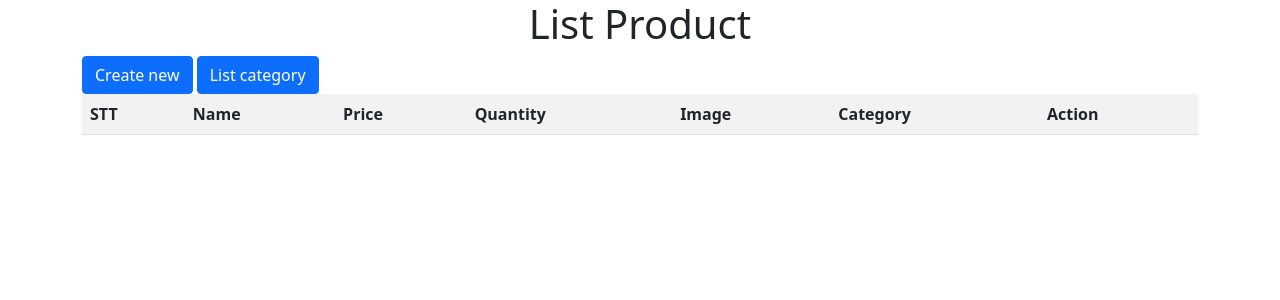
Repository: hongquan16101995/servlet-jw0124
Page: http://localhost/demo/products
The author's editor kept a copy of each file at every save. The page is drawn from the files as they stood at one save, then again after the next save.
The browser window is 1280 px wide. The pictures show the whole page.
The page is served by Tomcat 9. Other server files are loaded and not shown.

Above is the page before, as saved 2024-05-14 12:11:23.

### demo/src/main/webapp/product/list.jsp
<%@ page language="java" contentType="text/html; charset=ISO-8859-1"
    pageEncoding="ISO-8859-1"%>
<%@ taglib prefix = "c" uri = "http://java.sun.com/jsp/jstl/core" %>
<!DOCTYPE html>
<html>
<head>
<meta charset="ISO-8859-1">
<title>Insert title here</title>
<link href="https://cdn.jsdelivr.net/npm/bootstrap@5.0.2/dist/css/bootstrap.min.css" rel="stylesheet" integrity="sha384-EVSTQN3/azprG1Anm3QDgpJLIm9Nao0Yz1ztcQTwFspd3yD65VohhpuuCOmLASjC" crossorigin="anonymous">
<script src="https://cdn.jsdelivr.net/npm/bootstrap@5.0.2/dist/js/bootstrap.bundle.min.js" integrity="sha384-MrcW6ZMFYlzcLA8Nl+NtUVF0sA7MsXsP1UyJoMp4YLEuNSfAP+JcXn/tWtIaxVXM" crossorigin="anonymous"></script>
<style type="text/css">
	img {
		width: 150px;
		height: 150px;
	}

	h1 {
		text-align: center;
	}
</style>
</head>
<body>
<div class="container">
<h1>List Product</h1>
<a class="btn btn-primary" href="/demo/products?action=createGet">Create new</a>
<a class="btn btn-primary" href="/demo/categories">List category</a>
<table class="table table-striped">
	<tr>
		<th>STT</th>
		<th>Name</th>
		<th>Price</th>
		<th>Quantity</th>
		<th>Image</th>
		<th>Category</th>
		<th colspan="2">Action</th>
	</tr>
	<c:forEach items="${products}" var="p" varStatus="ps">
	<tr>
		<td>${ps.count }</td>
		<td>${p.name }</td>
		<td>${p.price }</td>
		<td>${p.quantity }</td>
		<td><img src="${p.image }"/></td>
		<td><a href="/demo/products?action=findByCategory&cId=${p.category.id }">${p.category.name }</a></td>
		<td><a class="btn btn-warning" href="/demo/products?action=updateGet&id=${p.id }">Edit</a></td>
		<td><a class="btn btn-danger" href="/demo/products?action=deleteProduct&id=${p.id }">Delete</a></td>
	</tr>
	</c:forEach>
</table>
</div>
</body>
</html>

### demo/src/main/java/controller/ProductServlet.java
package controller;

import java.io.IOException;
import java.util.List;

import javax.servlet.ServletException;
import javax.servlet.annotation.WebServlet;
import javax.servlet.http.HttpServlet;
import javax.servlet.http.HttpServletRequest;
import javax.servlet.http.HttpServletResponse;

import model.Category;
import model.Product;
import service.CategoryService;
import service.ProductService;

/**
 * Servlet implementation class ProductServlet
 */
@WebServlet("/products")
public class ProductServlet extends HttpServlet {
	private static final long serialVersionUID = 1L;
	private ProductService productService = new ProductService();
	private CategoryService categoryService = CategoryService.getInstance();

	/**
	 * @see HttpServlet#doGet(HttpServletRequest request, HttpServletResponse response)
	 */
	protected void doGet(HttpServletRequest request, HttpServletResponse response) throws ServletException, IOException {
		// TODO Auto-generated method stub
		String action = request.getParameter("action");
		if (action == null) {
			action = "";
		}
		switch(action) {
			case "createGet":
				createGet(request, response);
				break;
			case "updateGet":
				updateGet(request, response);
				break;
			case "deleteProduct":
				deleteProduct(request, response);
				break;
			case "findByCategory":
				findByCategory(request, response);
				break;
			default:
				displayAllProduct(request, response);
				break;
		}
	}

	/**
	 * @see HttpServlet#doPost(HttpServletRequest request, HttpServletResponse response)
	 */
	protected void doPost(HttpServletRequest request, HttpServletResponse response) throws ServletException, IOException {
		// TODO Auto-generated method stub
		String action = request.getParameter("action");
		if (action == null) {
			action = "";
		}
		switch(action) {
			case "createPost":
				createPost(request, response);
				break;
			case "updatePost":
				updatePost(request, response);
				break;
		}
	}

	private void displayAllProduct(HttpServletRequest request, HttpServletResponse response) throws ServletException, IOException {
		List<Product> products = productService.getProducts();
		request.setAttribute("products", products);
		request.getRequestDispatcher("product/list.jsp").forward(request, response);
	}

	private void findByCategory(HttpServletRequest request, HttpServletResponse response) throws ServletException, IOException {
		int categoryId = Integer.parseInt(request.getParameter("cId"));
		List<Product> products = productService.findByCateogory(categoryId);
		request.setAttribute("products", products);
		request.getRequestDispatcher("product/list.jsp").forward(request, response);
	}

	private void createGet(HttpServletRequest request, HttpServletResponse response) throws ServletException, IOException {
		Product product = new Product();
		List<Category> categories = categoryService.getCategories();
		request.setAttribute("product", product);
		request.setAttribute("categories", categories);
		request.getRequestDispatcher("product/create.jsp").forward(request, response);
	}

	private void createPost(HttpServletRequest request, HttpServletResponse response) throws ServletException, IOException {
		int id = Integer.parseInt(request.getParameter("id"));
		String name = request.getParameter("name");
		double price = Double.parseDouble(request.getParameter("price"));
		int quantity = Integer.parseInt(request.getParameter("quantity"));
		String image = request.getParameter("image");
		int categoryId = Integer.parseInt(request.getParameter("cId"));
		Category category = categoryService.getById(categoryId);
		productService.createProduct(new Product(id, name, price, quantity, image, category));
		response.sendRedirect("/demo/products");
	}

	private void updateGet(HttpServletRequest request, HttpServletResponse response) throws ServletException, IOException {
		int id = Integer.parseInt(request.getParameter("id"));
		Product product = productService.getById(id);
		List<Category> categories = categoryService.getCategories();
		request.setAttribute("product", product);
		request.setAttribute("categories", categories);
		request.getRequestDispatcher("product/update.jsp").forward(request, response);
	}

	private void updatePost(HttpServletRequest request, HttpServletResponse response) throws ServletException, IOException {
		int id = Integer.parseInt(request.getParameter("id"));
		String name = request.getParameter("name");
		double price = Double.parseDouble(request.getParameter("price"));
		int quantity = Integer.parseInt(request.getParameter("quantity"));
		String image = request.getParameter("image");
		int categoryId = Integer.parseInt(request.getParameter("cId"));
		Category category = categoryService.getById(categoryId);
		productService.updateProduct(id, new Product(id, name, price, quantity, image, category));
		response.sendRedirect("/demo/products");
	}

	private void deleteProduct(HttpServletRequest request, HttpServletResponse response) throws ServletException, IOException {
		int id = Integer.parseInt(request.getParameter("id"));
		productService.deleteProduct(id);
		response.sendRedirect("/demo/products");
	}

}

After the next save:
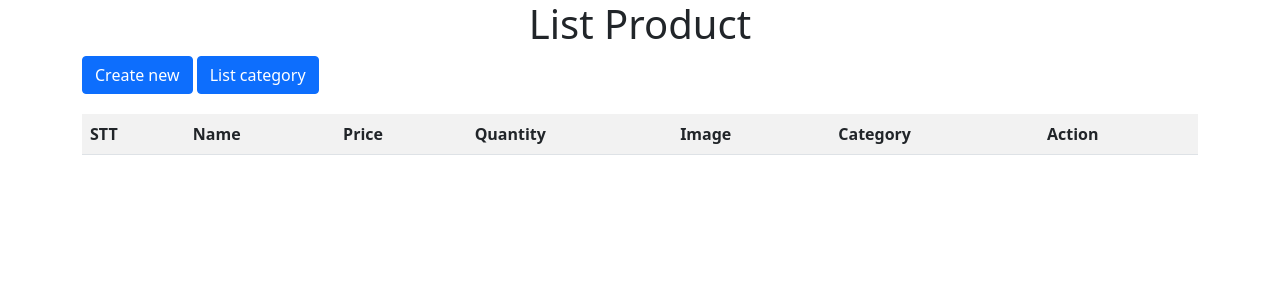
Saved 44 s later.
--- a/demo/src/main/webapp/product/list.jsp
+++ b/demo/src/main/webapp/product/list.jsp
@@ -16,6 +16,10 @@
 
 	h1 {
 		text-align: center;
+	}
+
+	.btn-primary {
+		margin-bottom: 20px;
 	}
 </style>
 </head>
